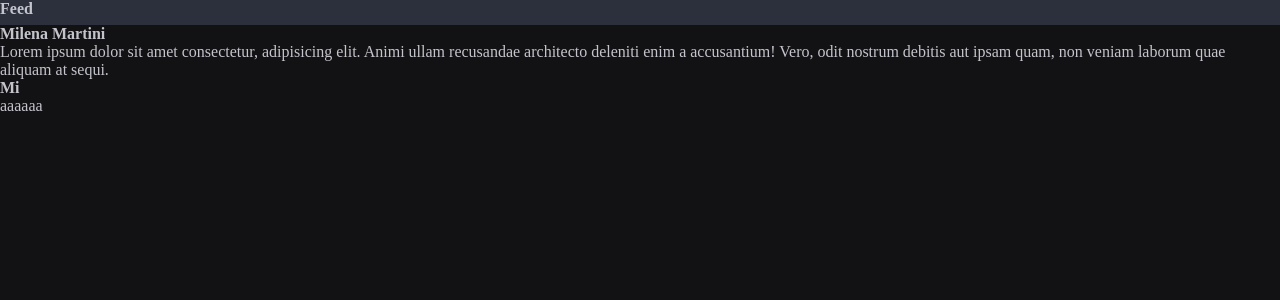
Repository: MilenaMartini/IgniteRckReactJs
Page: /
These files come from the project's save history. The page is drawn as it stood at one moment and after a run of saves; the edit follows.
The browser window is 1280 px wide. The pictures show the whole page.
The project was rebuilt for these pictures with package versions that can differ from the ones it lists, and the page was loaded fresh each time. Also part of the build but not shown: vite.config.js.

Above is the page before, as saved 2023-04-14 15:37:56.

After the next 4 saves:
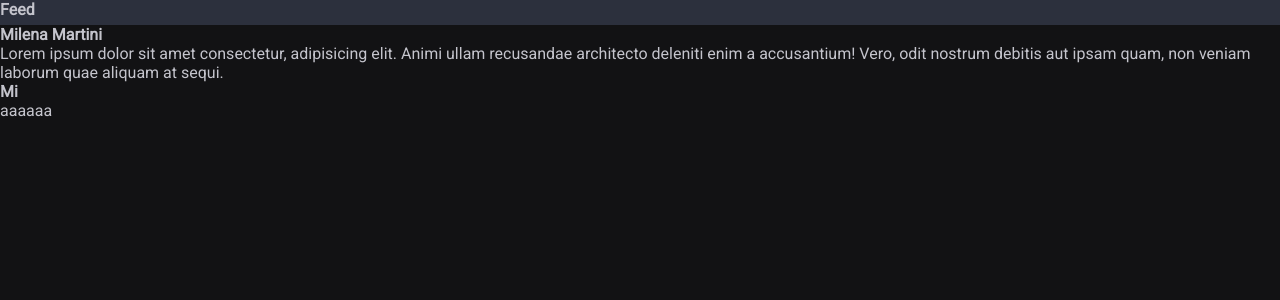
The 4 saves are shown as one change because they came seconds apart.
The last was saved 10 s later.
--- a/src/Global.css
+++ b/src/Global.css
@@ -25,5 +25,5 @@ body{
 }
 
 body, input, textarea, button {
-  font
+  font-family: 'Roboto';
 }
